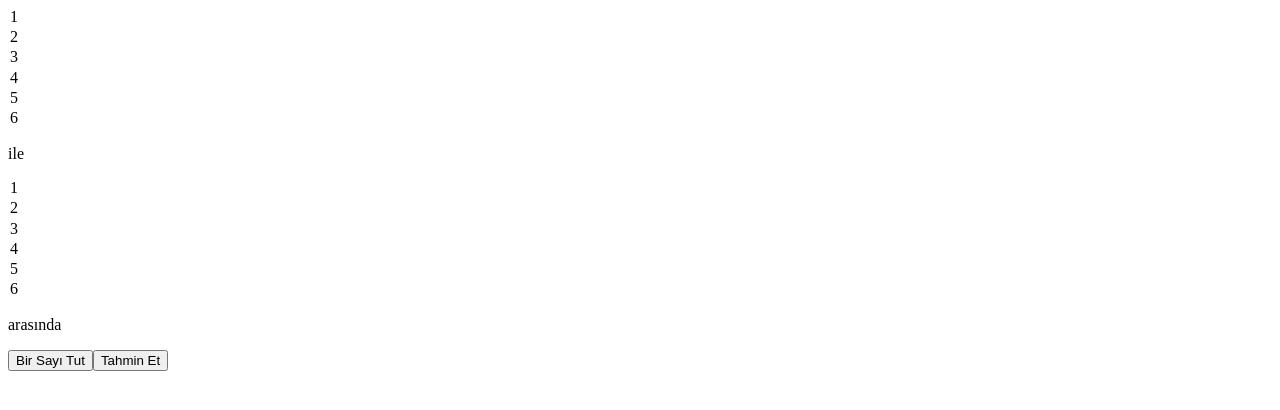
Repository: emrebolukbas/.js-Training-Tobeto
Page: 4-oyunBirSayiTut/public/oyunBirSayiTut.html
These files come from the project's save history. The page is drawn as it stood at one moment and after the next save; the edit follows.
The browser window is 1280 px wide. The pictures show the whole page.

Above is the page before, as saved 2023-10-08 20:30:59.

### 4-oyunBirSayiTut/public/oyunBirSayiTut.html
<!DOCTYPE html>
<html>
<head>
	<meta charset="UTF-8">
	<title> 4-Oyun Bir Sayı Tut 1.0 </title>
	<link rel="stylesheet" href="oyunBirSayiTut.css">
	<script type="text/javascript" src="oyunBirSayiTut.js"></script>
</head>
<body>
	<table>
		<td>
			<tr>
				<option>1</option>
				<option>2</option>
				<option>3</option>
				<option>4</option>
				<option>5</option>
				<option>6</option>
				<p> ile </p>
			</tr>
			<tr>
				<option>1</option>
				<option>2</option>
				<option>3</option>
				<option>4</option>
				<option>5</option>
				<option>6</option>
				<p> arasında </p>
			</tr>
			<tr>
				<button> Bir Sayı Tut </button>
			</tr>
		</td>
		<td colspan="1">
			<tr>

			</tr>
		</td>
		<button> Tahmin Et </button>
	</table>
	<br/>
	<br/>
	<p></p>
</body>
</html>

### 4-oyunBirSayiTut/public/oyunBirSayiTut.css
@charset "UTF-8";

table {
	border: solid 2px dashed #4455ee;
}

Loaded but not shown: 4-oyunBirSayiTut/public/oyunBirSayiTut.js (common file)

After the next save:
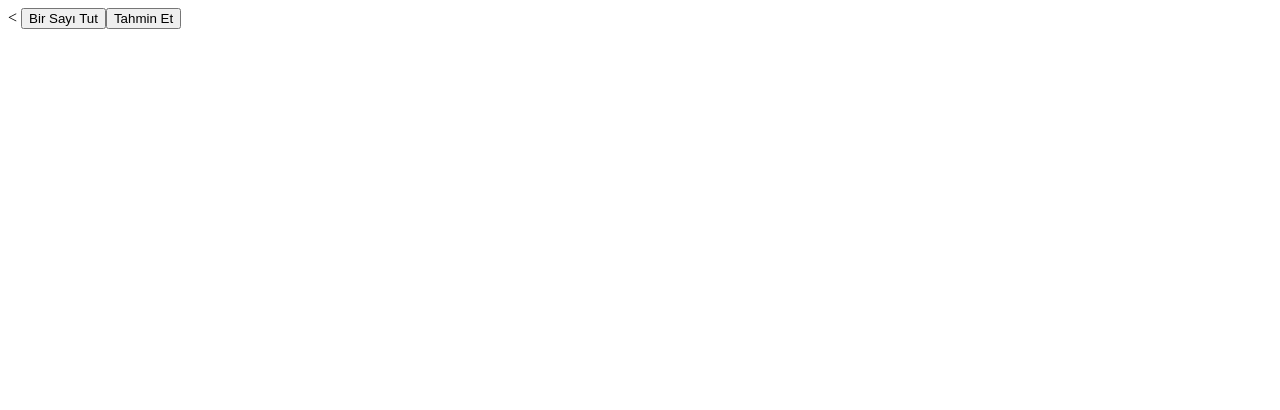
Console error: ReferenceError: sayfaYukle is not defined
Saved 6 min 26 s later.
--- a/4-oyunBirSayiTut/public/oyunBirSayiTut.html
+++ b/4-oyunBirSayiTut/public/oyunBirSayiTut.html
@@ -6,36 +6,24 @@
 	<link rel="stylesheet" href="oyunBirSayiTut.css">
 	<script type="text/javascript" src="oyunBirSayiTut.js"></script>
 </head>
-<body>
-	<table>
-		<td>
-			<tr>
-				<option>1</option>
-				<option>2</option>
-				<option>3</option>
-				<option>4</option>
-				<option>5</option>
-				<option>6</option>
-				<p> ile </p>
-			</tr>
-			<tr>
-				<option>1</option>
-				<option>2</option>
-				<option>3</option>
-				<option>4</option>
-				<option>5</option>
-				<option>6</option>
-				<p> arasında </p>
-			</tr>
-			<tr>
+<body onload="sayfaYukle()">
+	<table class="table-1">
+		<tr>
+			<td>
+
+			</td>
+			<td>
+
+			</td>
+			<
 				<button> Bir Sayı Tut </button>
-			</tr>
-		</td>
-		<td colspan="1">
-			<tr>
+			</td>
+		</tr>
+		<tr>
+			<td colspan="1">
 
-			</tr>
-		</td>
+			</td>
+		</tr>
 		<button> Tahmin Et </button>
 	</table>
 	<br/>
